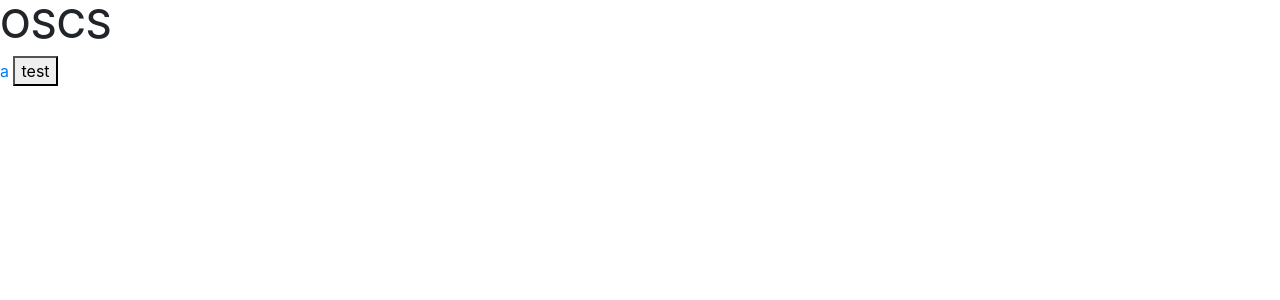
Repository: PaulDuanGitHub/oscs-web
Page: index.html
An editor plug-in stored every save of this project. The page is shown before and after the next save, followed by the edit.
The browser window is 1280 px wide. The pictures show the whole page.

Above is the page before, as saved 2022-11-03 21:38:02.

### index.html
<!DOCTYPE html>
<html>
<head>
	<meta charset="utf-8">
	<meta name="viewport" content="width=device-width, initial-scale=1">
	<title>OSCS</title>
    <link rel="stylesheet" href="https://cdn.jsdelivr.net/npm/bootstrap@4.6.1/dist/css/bootstrap.min.css">
    <link rel="stylesheet" href="style.css">
    <!-- <link rel='shortcut icon' href="./img/icon.ico"> -->
</head>
<body>
    <h1>OSCS</h1>
    <a href="https://github.com/err53/oscs/releases/download/latest/2c03-midterm.pdf" target="_blank">a</a>
    <button onclick="getResponse()">test</button>
</body>
<script src="app.js"></script>
<script src="https://www.jsdelivr.com/package/npm/pdfjs-dist"></script>
</html>

### app.js
function viewPDF() {
    var url = 'https://raw.githubusercontent.com/mozilla/pdf.js/ba2edeae/examples/learning/helloworld.pdf';

    // Loaded via <script> tag, create shortcut to access PDF.js exports.
    var pdfjsLib = window['pdfjs-dist/build/pdf'];

    // The workerSrc property shall be specified.
    pdfjsLib.GlobalWorkerOptions.workerSrc = '//mozilla.github.io/pdf.js/build/pdf.worker.js';

    // Asynchronous download of PDF
    var loadingTask = pdfjsLib.getDocument(url);
    loadingTask.promise.then(function(pdf) {
      console.log('PDF loaded');

      // Fetch the first page
      var pageNumber = 1;
      pdf.getPage(pageNumber).then(function(page) {
        console.log('Page loaded');

        var scale = 1.5;
        var viewport = page.getViewport({scale: scale});

        // Prepare canvas using PDF page dimensions
        var canvas = document.getElementById('the-canvas');
        var context = canvas.getContext('2d');
        canvas.height = viewport.height;
        canvas.width = viewport.width;

        // Render PDF page into canvas context
        var renderContext = {
          canvasContext: context,
          viewport: viewport
        };
        var renderTask = page.render(renderContext);
        renderTask.promise.then(function () {
          console.log('Page rendered');
        });
      });
    }, function (reason) {
      // PDF loading error
      console.error(reason);
    });
}

Loaded but not shown: style.css (no stored copy; drawn as an empty file)

After the next save:
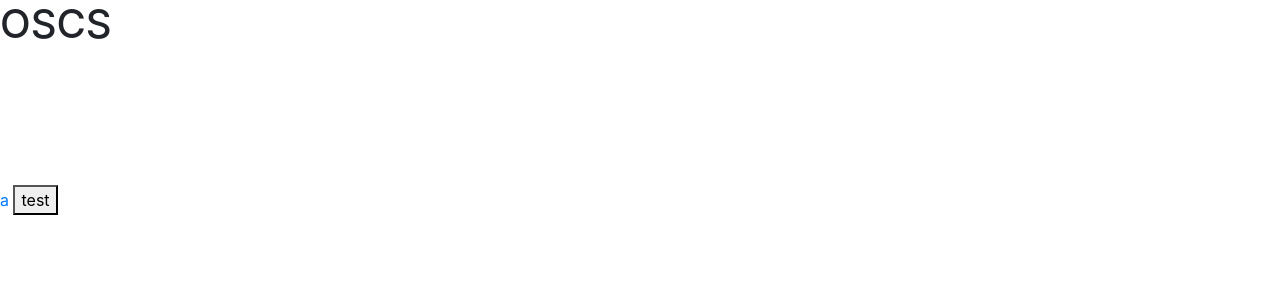
Saved 23 s later.
--- a/index.html
+++ b/index.html
@@ -12,6 +12,7 @@
     <h1>OSCS</h1>
     <a href="https://github.com/err53/oscs/releases/download/latest/2c03-midterm.pdf" target="_blank">a</a>
     <button onclick="getResponse()">test</button>
+    <canvas id="test"></canvas>
 </body>
 <script src="app.js"></script>
 <script src="https://www.jsdelivr.com/package/npm/pdfjs-dist"></script>
